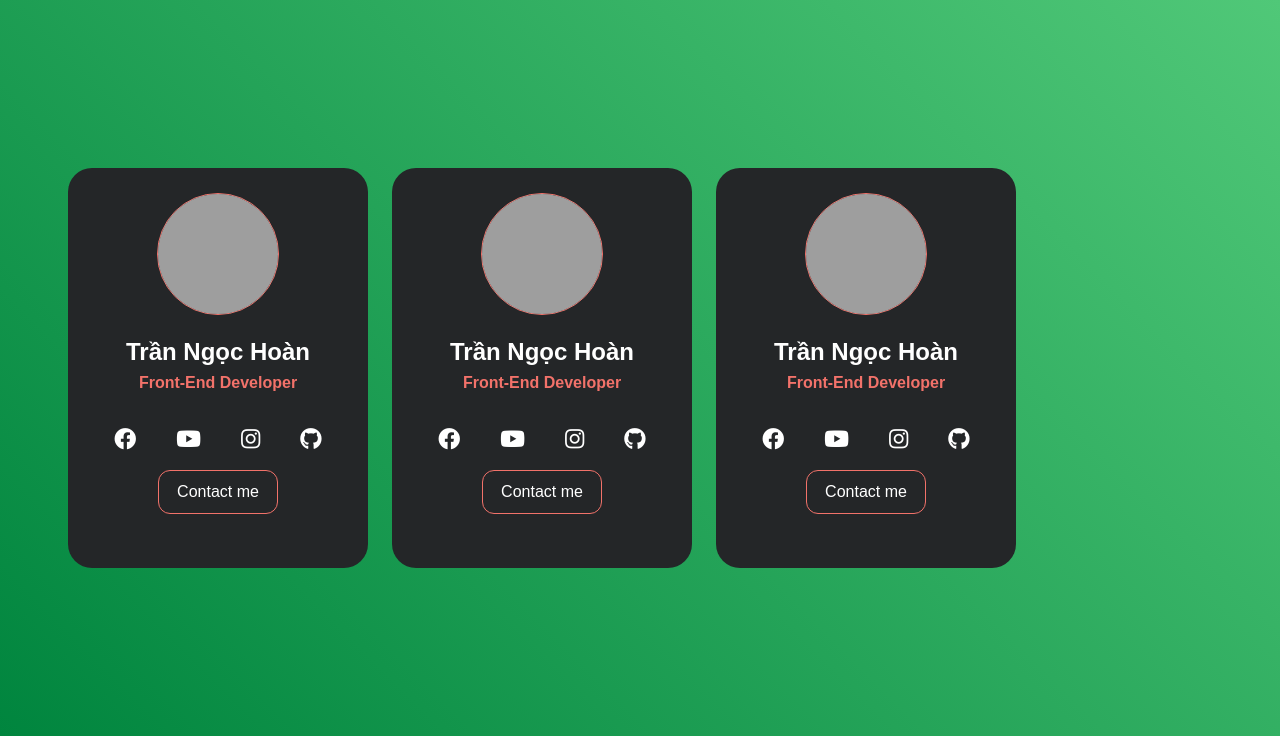
Repository: HoanTiny/30projects-30day
Page: Day 2/index.html
An editor plug-in stored every save of this project. The page is shown before and after the next save, followed by the edit.
The browser window is 1280 px wide. The pictures show the whole page.
Pictures or frames that could not be fetched are drawn as grey boxes. Some web libraries are served in a nearby version.

Above is the page before, as saved 2021-11-30 21:38:55.

### Day 2/index.html
<!DOCTYPE html>
<html lang="en">
    <head>
        <meta charset="UTF-8" />
        <meta http-equiv="X-UA-Compatible" content="IE=edge" />
        <meta name="viewport" content="width=device-width, initial-scale=1.0" />
        <title>Day 2</title>
        <link
            rel="stylesheet"
            href="https://use.fontawesome.com/releases/v5.13.0/css/all.css"
            integrity="sha384-Bfad6CLCknfcloXFOyFnlgtENryhrpZCe29RTifKEixXQZ38WheV+i/6YWSzkz3V"
            crossorigin="anonymous"
        />
        <link rel="stylesheet" href="./style.css">
    </head>
    <body>
        <div class="container">
            <ul class="card-list">
                <li class="card-item">
                    <div class="card-item-img">
                        <img  src="https://scontent.fhan3-1.fna.fbcdn.net/v/t1.6435-9/157852677_1639854009539301_6816323171281456412_n.jpg?_nc_cat=102&ccb=1-5&_nc_sid=09cbfe&_nc_ohc=XVa0LNTU2EsAX_R0DIB&_nc_ht=scontent.fhan3-1.fna&oh=e10dbaffbb6516a088232d98e0eb552f&oe=61CB24BE"></img>
                    </div>
                    <p class="card-item-name">Trần Ngọc Hoàn</p>
                    <p class="card-item-duty">Front-End Developer</p>
                    <div class="social-media-list">
                        <a href="https://www.facebook.com/hoandz93/" class="social-media-item"><i class="fab fa-facebook facebook-icon"></i></a>
                        <a href="https://www.youtube.com/watch?v=BBxEgnH-tQU" class="social-media-item"><i class="fab fa-youtube"></i></a>
                        <a href="https://www.instagram.com/tran.ngochoan24/" class="social-media-item"><i class="fab fa-instagram"></i></a>
                        <a href="https://github.com/HoanTiny" class="social-media-item"><i class="fab fa-github"></i></a>
                    </div>
                    <div class="contact"><a href="mailto: thedevil0903@gmail.com" class="card-item-contact">Contact me</a></div>
                </li>
                <li class="card-item">
                    <div class="card-item-img">
                        <img  src="https://scontent.fhan3-1.fna.fbcdn.net/v/t1.6435-9/157852677_1639854009539301_6816323171281456412_n.jpg?_nc_cat=102&ccb=1-5&_nc_sid=09cbfe&_nc_ohc=XVa0LNTU2EsAX_R0DIB&_nc_ht=scontent.fhan3-1.fna&oh=e10dbaffbb6516a088232d98e0eb552f&oe=61CB24BE"></img>
                    </div>
                    <p class="card-item-name">Trần Ngọc Hoàn</p>
                    <p class="card-item-duty">Front-End Developer</p>
                    <div class="social-media-list">
                        <a href="https://www.facebook.com/hoandz93/" class="social-media-item"><i class="fab fa-facebook facebook-icon"></i></a>
                        <a href="https://www.youtube.com/watch?v=BBxEgnH-tQU" class="social-media-item"><i class="fab fa-youtube"></i></a>
                        <a href="https://www.instagram.com/tran.ngochoan24/" class="social-media-item"><i class="fab fa-instagram"></i></a>
                        <a href="https://github.com/HoanTiny" class="social-media-item"><i class="fab fa-github"></i></a>
                    </div>
                    <div class="contact"><a href="mailto: thedevil0903@gmail.com" class="card-item-contact">Contact me</a></div>
                </li>
                <li class="card-item">
                    <div class="card-item-img">
                        <img  src="https://scontent.fhan3-1.fna.fbcdn.net/v/t1.6435-9/157852677_1639854009539301_6816323171281456412_n.jpg?_nc_cat=102&ccb=1-5&_nc_sid=09cbfe&_nc_ohc=XVa0LNTU2EsAX_R0DIB&_nc_ht=scontent.fhan3-1.fna&oh=e10dbaffbb6516a088232d98e0eb552f&oe=61CB24BE"></img>
                    </div>
                    <p class="card-item-name">Trần Ngọc Hoàn</p>
                    <p class="card-item-duty">Front-End Developer</p>
                    <div class="social-media-list">
                        <a href="https://www.facebook.com/hoandz93/" class="social-media-item"><i class="fab fa-facebook facebook-icon"></i></a>
                        <a href="https://www.youtube.com/watch?v=BBxEgnH-tQU" class="social-media-item"><i class="fab fa-youtube"></i></a>
                        <a href="https://www.instagram.com/tran.ngochoan24/" class="social-media-item"><i class="fab fa-instagram"></i></a>
                        <a href="https://github.com/HoanTiny" class="social-media-item"><i class="fab fa-github"></i></a>
                    </div>
                    <div class="contact"><a href="mailto: thedevil0903@gmail.com" class="card-item-contact">Contact me</a></div>
                </li>
            </ul>
        </div>
    </body>
</html>

### Day 2/style.css
* {
    font-family: "Poppins", sans-serif;
}

body {
    background: linear-gradient(45deg, #00853e, #50c878);
    display: flex;
    align-items: center;
    justify-content: center;
    height: 100vh;
}

a {
    text-decoration: none;
}

.container {
    display: flex;
    width: 100%;
    padding: 12px 48px;
}

.card-list {
    padding-left: 0;
    display: flex;
}

.card-item {
    width: 300px;
    height: 400px;
    background-color: #242628;
    margin: 0 12px;
    border-radius: 24px;
    overflow: hidden;
}

.card-item-img {
    width: 120px;
    height: 120px;
    overflow: hidden;
    transition: 0.25s;
    margin: 0 auto;
    transform: translateY(25px);
    border-radius: 50%;
    border: 1px solid #f2726a;
}

img {
    object-fit: cover;
    object-position: center;
    width: 100%;
    height: 100%;
}

.card-item-img:hover {
    width: 100%;
    height: 100%;
    border-radius: unset;
    border: unset;
    transform: unset;
}
.card-item-name {
    color: #fff;
    margin-top: 48px;
    margin-bottom: 0;
    font-size: 24px;
    font-weight: bold;
    text-align: center;
}

.card-item-duty {
    color: #f2726a;
    font-weight: bold;
    margin-top: 8px;
    text-align: center;
    font-size: 16px;
}

.social-media-list {
    display: flex;
    justify-content: center;
}

.social-media-item i {
    font-size: 22px;
    color: #fff;
    margin: 20px;
}

.contact {
    display: flex;
    justify-content: center;
}
.card-item-contact {
    color: #fff;
    border: 1px solid #f2726a;
    padding: 12px 18px;
    border-radius: 12px;
}

After the next save:
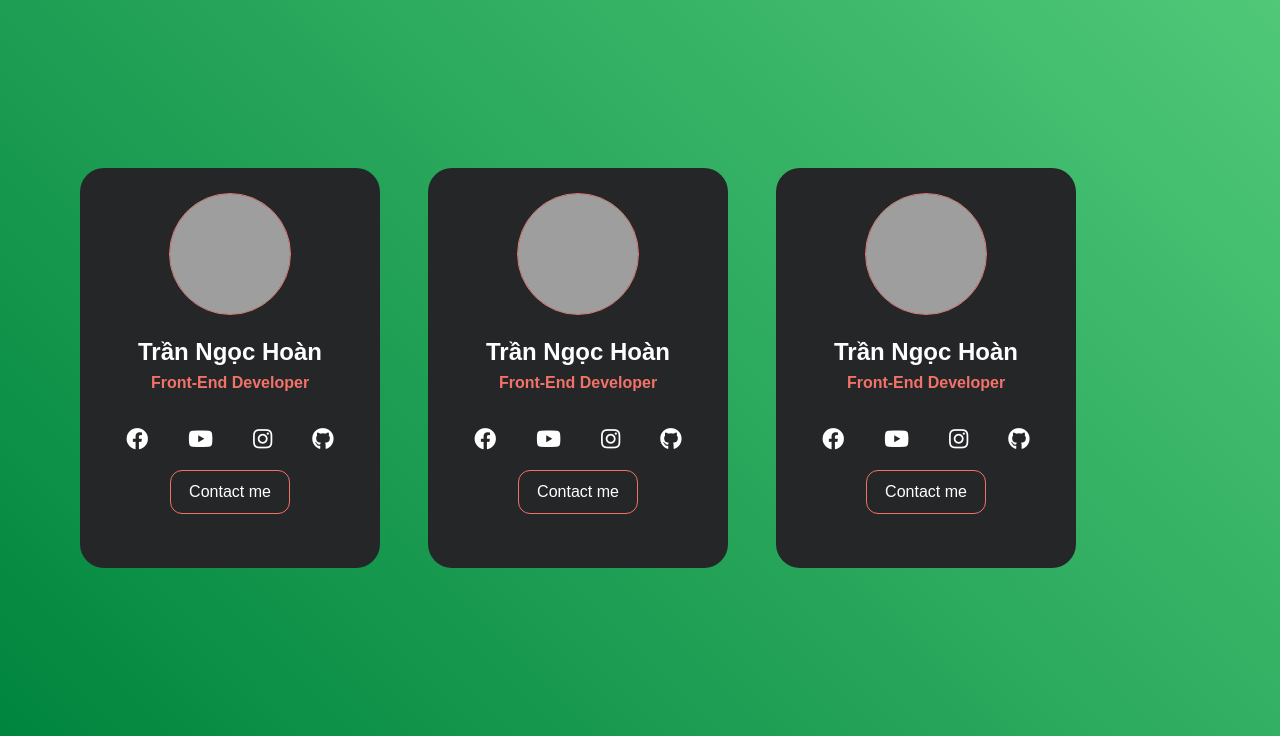
Saved 5 s later.
--- a/Day 2/style.css
+++ b/Day 2/style.css
@@ -29,7 +29,7 @@ a {
     width: 300px;
     height: 400px;
     background-color: #242628;
-    margin: 0 12px;
+    margin: 0 24px;
     border-radius: 24px;
     overflow: hidden;
 }
